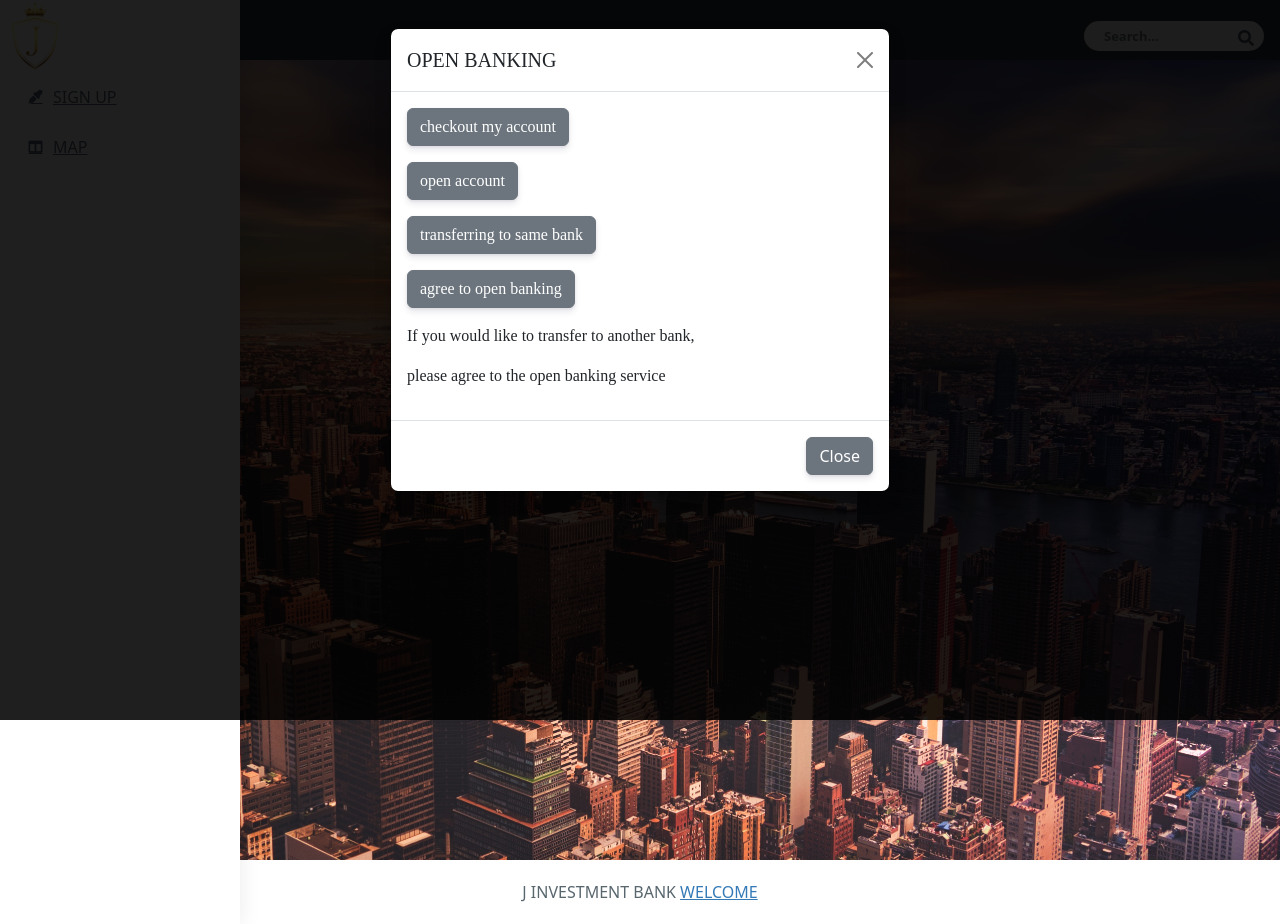
Repository: chopilyeon/HanaOpenBanking
Page: http://localhost/OpenBanking/jsp/bank/openBanking.jsp
An editor plug-in stored every save of this project. The page is shown before and after the next save, followed by the edit.
The browser window is 1280 px wide. The pictures show the whole page.
Some web fonts or font styles are not loaded; a fallback is used. The page is served by Tomcat 9.

Above is the page before, as saved 2022-07-17 08:06:06.
Console error: TypeError: Cannot read properties of null (reading 'addEventListener')

After the next save:
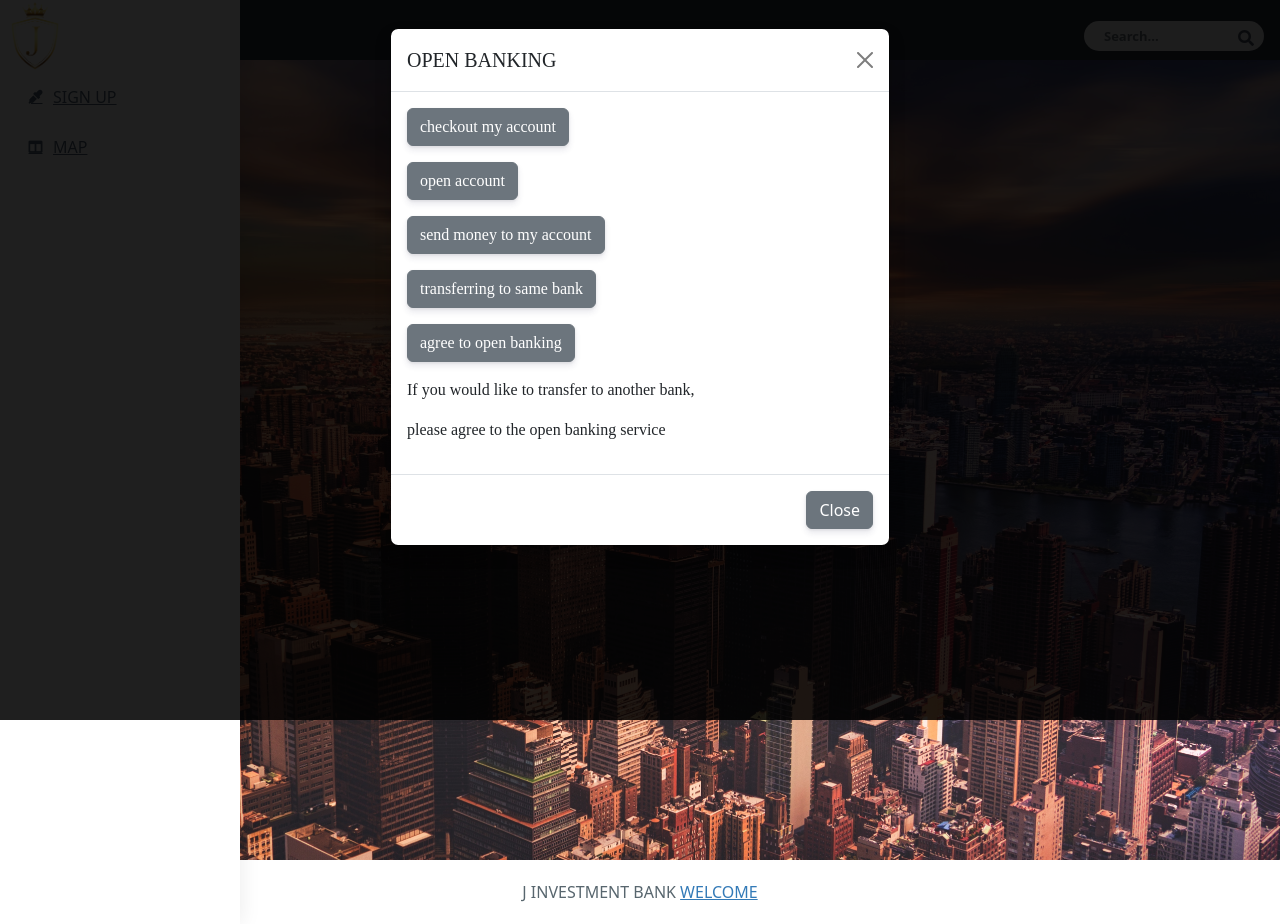
Saved 13 s later.
--- a/OpenBanking/src/main/webapp/jsp/bank/openBanking.jsp
+++ b/OpenBanking/src/main/webapp/jsp/bank/openBanking.jsp
@@ -102,6 +102,7 @@
 			<c:otherwise>
 				<p><a href="${pageContext.request.contextPath}/bank/checkoutAsset.do" role="button" class="btn btn-secondary" data-bs-toggle="popover" title="Popover title" data-bs-content="Popover body content is set in this attribute.">checkout my account</a> </p>
 				<p><a href="${pageContext.request.contextPath}/bank/openAccount.do" role="button" class="btn btn-secondary" data-bs-toggle="popover" title="Popover title" data-bs-content="Popover body content is set in this attribute.">open account</a> </p>
+    			<p><a href="${pageContext.request.contextPath}/bank/transferToMyAccount.do" role="button" class="btn btn-secondary" data-bs-toggle="popover" title="Popover title" data-bs-content="Popover body content is set in this attribute.">send money to my account</a> </p>
     			<p><a href="${pageContext.request.contextPath}/bank/transferToSameBank.do" role="button" class="btn btn-secondary" data-bs-toggle="popover" title="Popover title" data-bs-content="Popover body content is set in this attribute.">transferring to same bank</a> </p>
 				<p><a href="${pageContext.request.contextPath}/bank/openBankingAgreement.do" role="button" class="btn btn-secondary" data-bs-toggle="popover" title="Popover title" data-bs-content="Popover body content is set in this attribute.">agree to open banking</a> </p>
 				<p>If you would like to transfer to another bank,</p>
